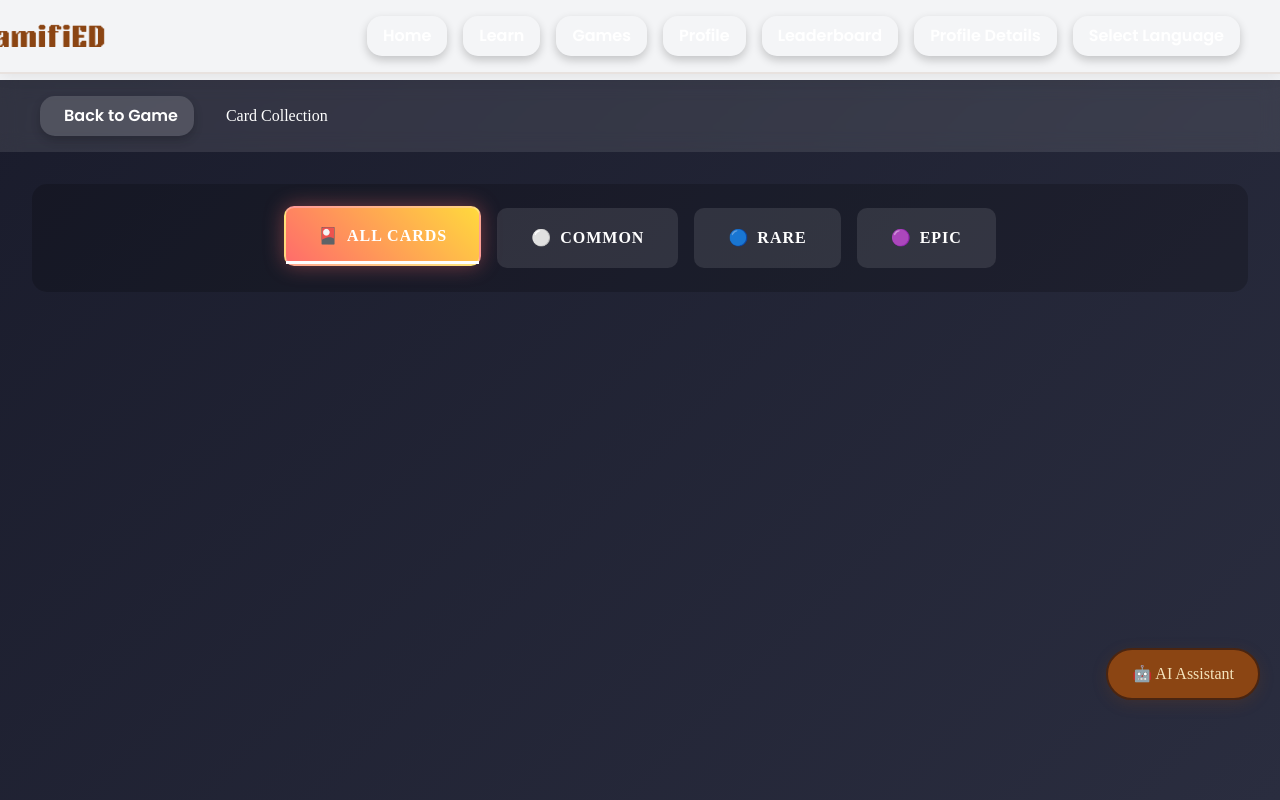
Repository: Team-4i/iks
Page: spinwheel/templates/spinwheel/collection.html
An editor plug-in stored every save of this project. The page is shown before and after the next save, followed by the edit.
The browser window is 1280 px wide. The pictures show the whole page.
Some web fonts or font styles are not loaded; a fallback is used. Some web libraries are served in a nearby version. The template is drawn by Django 5.2. The application's start-up code is not run. The template is opened directly, without the code that normally fills it, so the values that code supplies are empty.

Above is the page before, as saved 2025-04-18 19:07:37.

After the next save:
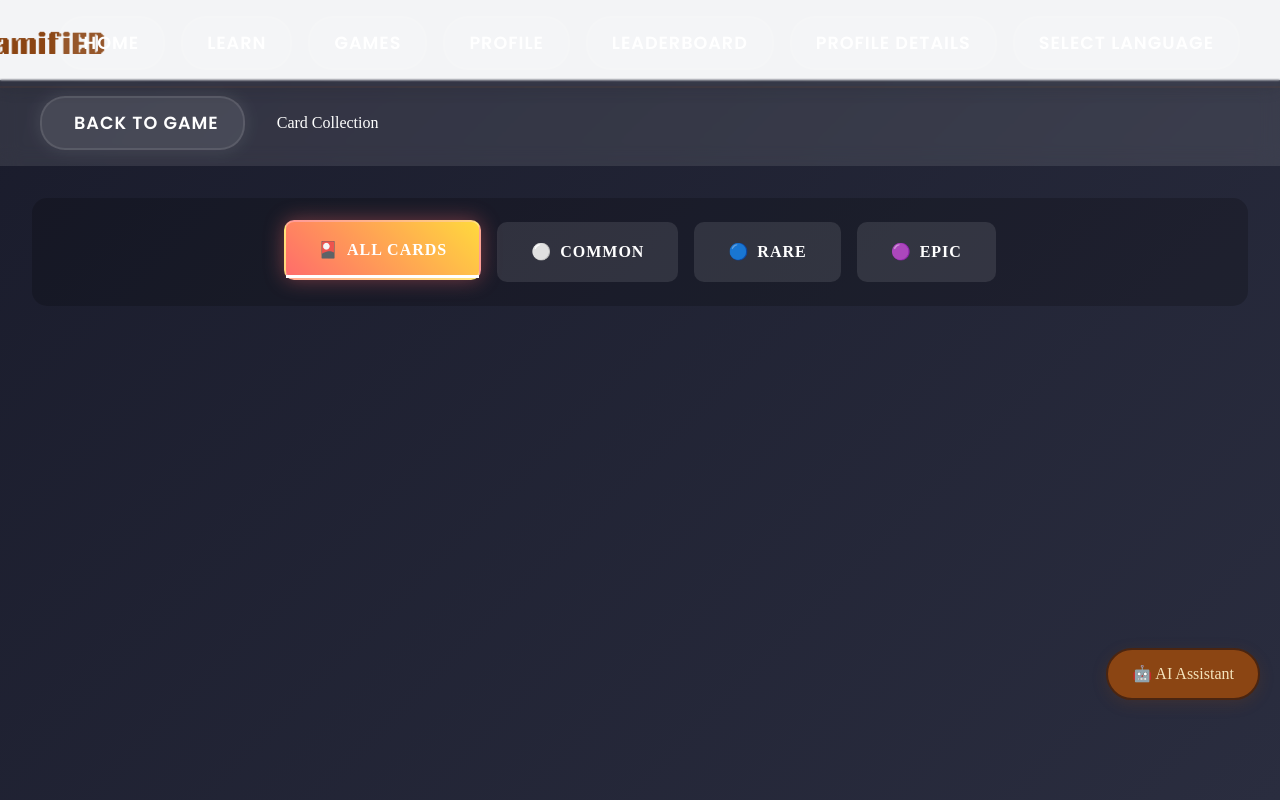
Saved 4 s later.
--- a/spinwheel/templates/spinwheel/collection.html
+++ b/spinwheel/templates/spinwheel/collection.html
@@ -84,40 +84,51 @@
         gap: 2rem;
     }
 
-    /* Common Back Button Style - Global */
     .nav-links {
-        flex-shrink: 0;
-        position: relative;
-        z-index: 100;
         display: flex;
         gap: 1rem;
     }
 
     .nav-link {
-        color: #ffffff;
+        background: rgba(255, 255, 255, 0.1);
+        color: #fff;
         text-decoration: none;
-        font-size: 1rem;
-        display: inline-flex;
+        padding: 0.75rem 1.5rem;
+        border-radius: 25px;
+        display: flex;
         align-items: center;
         gap: 0.5rem;
-        padding: 0.5rem 1rem;
-        border-radius: 15px;
-        background: rgba(255, 255, 255, 0.15);
-        transition: all 0.3s ease;
-        cursor: pointer;
-        position: relative;
-        z-index: 2001;
         font-weight: bold;
-        box-shadow: 0 4px 10px rgba(0, 0, 0, 0.2);
+        text-transform: uppercase;
+        letter-spacing: 1px;
+        transition: all 0.3s cubic-bezier(0.4, 0, 0.2, 1);
+        border: 2px solid rgba(255, 255, 255, 0.1);
+        box-shadow: 0 0 20px rgba(255, 255, 255, 0.1);
+    }
+
+    .nav-link:before {
+        content: '';
+        position: absolute;
+        top: 50%;
+        left: 50%;
+        width: 0;
+        height: 0;
+        background: rgba(255, 255, 255, 0.1);
+        border-radius: 50%;
+        transform: translate(-50%, -50%);
+        transition: width 0.6s ease, height 0.6s ease;
+    }
+
+    .nav-link:hover:before {
+        width: 300px;
+        height: 300px;
     }
 
     .nav-link:hover {
-        background: rgba(255, 255, 255, 0.25);
+        background: rgba(255, 255, 255, 0.2);
         transform: translateY(-2px);
-    }
-
-    .nav-link i {
-        font-size: 0.9rem;
+        box-shadow: 0 5px 30px rgba(255, 255, 255, 0.2);
+        border-color: rgba(255, 255, 255, 0.3);
     }
 
     .tab-buttons {
